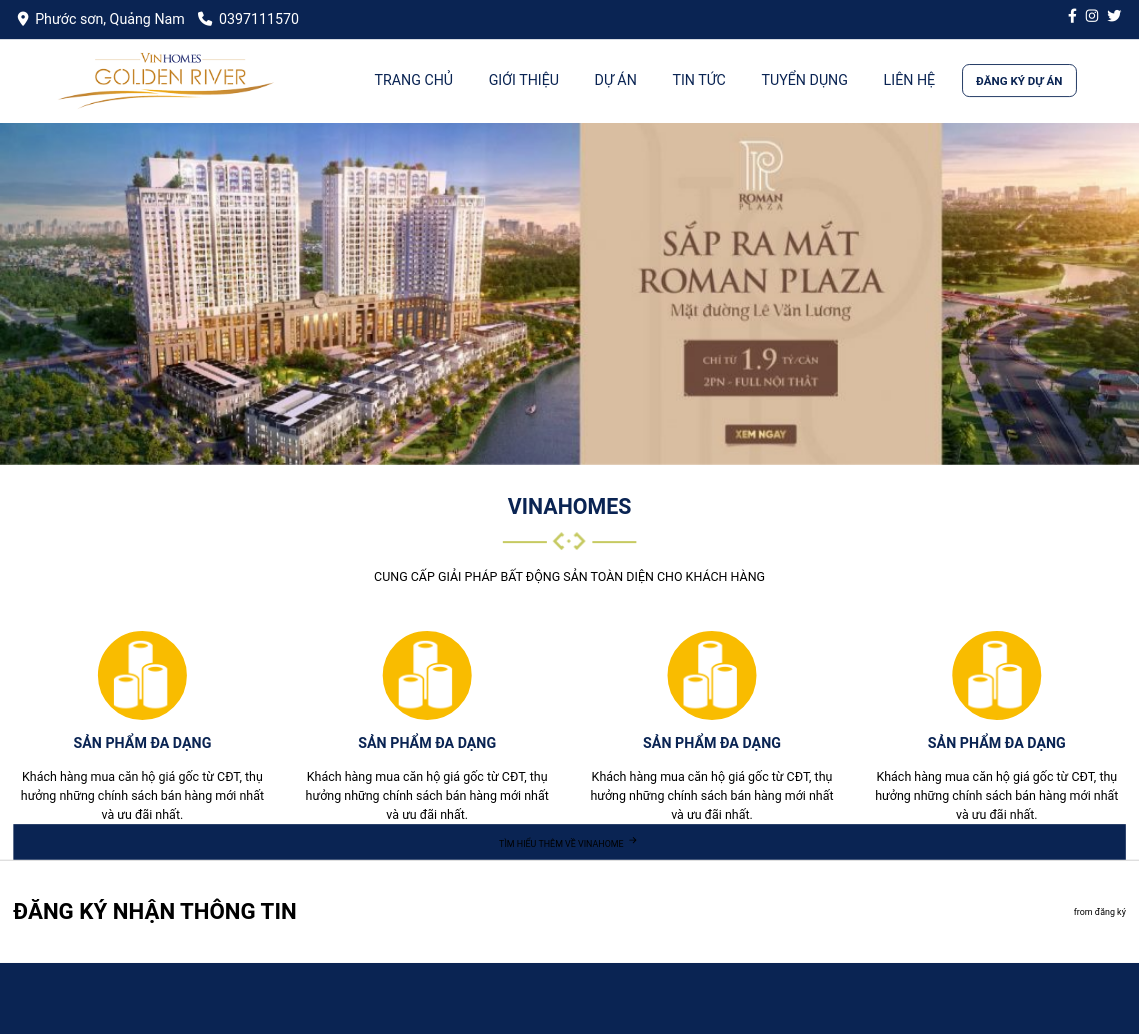
Repository: phamphuc2/fontend-bds
Page: index.html
These files come from the project's save history. The page is drawn as it stood at one moment and after the next save; the edit follows.
The browser window is 1280 px wide. The pictures show the part of the page from y = 0 to 1162 px (the page is 1625 px tall before and 1627 px after), at 89% of full size.
A picture or video elsewhere on the page could not be fetched, so the positions and the page height are approximate. Some web libraries are served in a nearby version.

Above is the page before, as saved 2022-06-08 15:29:28.

### index.html
<!DOCTYPE html>
<html lang="en">

<head>
    <meta charset="UTF-8">
    <meta http-equiv="X-UA-Compatible" content="IE=edge">
    <meta name="viewport" content="width=device-width, initial-scale=1.0">
    <title>BDS</title>
    <!-- linl css -->
    <link rel="stylesheet" href="libs/slick/slick.css">
    <link rel="stylesheet" href="libs/slick/slick-theme.css">
    <link rel="stylesheet" href="./assets/css/bootstrap.css">
    <link rel="stylesheet" href="./assets/css/theme.css">
    <link rel="stylesheet " href="./style.css ">
    <!-- link thư viện -->
    <link rel="stylesheet " href="https://cdnjs.cloudflare.com/ajax/libs/font-awesome/6.1.1/css/all.min.css ">
    <!-- link font -->
    <link rel="preconnect" href="https://fonts.googleapis.com">
    <link rel="preconnect" href="https://fonts.gstatic.com" crossorigin>
    <link href="https://fonts.googleapis.com/css2?family=Roboto+Flex:opsz,wght@8..144,200;8..144,300;8..144,400;8..144,500;8..144,600;8..144,700;8..144,800;8..144,900&display=swap" rel="stylesheet">
</head>

<body>
    <!-- Header -->
    <header class="header">
        <div class="header-top">
            <div class="container">
                <div class="inner">
                    <div class="box-left">
                        <div class="map">
                            <i class="fa-solid fa-location-dot"></i>
                            <span>Phước sơn, Quảng Nam</span>
                        </div>
                        <div class="phone">
                            <i class="fa-solid fa-phone"></i>
                            <span>0397111570</span>
                        </div>
                    </div>
                    <div class="box-right">
                        <ul class="list-info">
                            <li class="item">
                                <a href="">
                                    <i class="fa-brands fa-facebook-f"></i>
                                </a>
                            </li>
                            <li class="item">
                                <a href="">
                                    <i class="fa-brands fa-instagram"></i>
                                </a>
                            </li>
                            <li class="item">
                                <a href="">
                                    <i class="fa-brands fa-twitter"></i>
                                </a>
                            </li>
                        </ul>
                    </div>
                </div>
            </div>
        </div>

        <div class="header-bottom">
            <div class="container">
                <div class="inner">
                    <div class="header-bottom-left">
                        <a href="">
                            <div class="logo">
                                <img src="./assets/images/logo.png" alt="">
                            </div>
                        </a>
                    </div>
                    <div class="header-bottom-right">
                        <ul class="menu">
                            <li>
                                <a href="./index.html">Trang chủ</a>
                            </li>
                            <li>
                                <a href="./about.html">Giới Thiệu</a>
                            </li>
                            <li>
                                <a href="./taxonomy.html">Dự Án</a>
                            </li>
                            <li>
                                <a href="./taxonomy.html">Tin Tức</a>
                            </li>
                            <li>
                                <a href="./blogs.html">Tuyển Dụng</a>
                            </li>
                            <li>
                                <a href="./contact.html">Liên hệ</a>
                            </li>
                        </ul>
                        <div class="btn-project">
                            <a href="">ĐĂNG KÝ DỰ ÁN</a>
                        </div>
                    </div>

                </div>
            </div>
        </div>
    </header>
    <!-- End header -->

    <!-- slide-home -->
    <section class="slide-home">
        <div class="box-slide">
            <div class="box-item">
                <div class="img-wrap">
                    <img src="/assets/images/slide-bg-1.jpg" alt="">
                </div>
                <div class="img-wrap">
                    <img src="./assets/images/slide-bg-2.jpg" alt="">
                </div>
                <div class="img-wrap">
                    <img src="./assets/images/slide-bg-3.jpg" alt="">
                </div>

            </div>
        </div>
        <div class="arrow">
            <a class="arrow-left">
                <i class="fa-solid fa-chevron-left icon-arrow-left"></i>
            </a>
            <a class="arrow-right">
                <i class="fa-solid fa-chevron-right icon-arrow-right"></i>
            </a>
        </div>
    </section>
    <!-- end slide-home -->

    <!-- section vinahome -->
    <section class="vinahome">
        <div class="container">
            <div class="row">
               <div class="col-12">
                    <div class="inner-top">
                        <h2 class="title">VINAHOMES</h2>
                        <div class="is-drive"></div>
                        <p class="desc">CUNG CẤP GIẢI PHÁP BẤT ĐỘNG SẢN TOÀN DIỆN CHO KHÁCH HÀNG</p>
                    </div>
               </div>
               <div class="col-lg-3">
                  <div class="item">
                        <div class="icon">
                            <img src="./assets/images/icon1.png" alt="">
                        </div>
                        <div class="content">
                            <h2 class="title">SẢN PHẨM ĐA DẠNG</h2>
                        <p class="desc">Khách hàng mua căn hộ giá gốc từ CĐT, thụ hưởng những chính sách bán hàng mới nhất và ưu đãi nhất.</p>
                        </div>
                  </div>
               </div>
               <div class="col-lg-3">
                <div class="item">
                      <div class="icon">
                          <img src="./assets/images/icon1.png" alt="">
                      </div>
                      <div class="content">
                          <h2 class="title">SẢN PHẨM ĐA DẠNG</h2>
                      <p class="desc">Khách hàng mua căn hộ giá gốc từ CĐT, thụ hưởng những chính sách bán hàng mới nhất và ưu đãi nhất.</p>
                      </div>
                </div>
             </div>
             <div class="col-lg-3">
                <div class="item">
                      <div class="icon">
                          <img src="./assets/images/icon1.png" alt="">
                      </div>
                      <div class="content">
                          <h2 class="title">SẢN PHẨM ĐA DẠNG</h2>
                      <p class="desc">Khách hàng mua căn hộ giá gốc từ CĐT, thụ hưởng những chính sách bán hàng mới nhất và ưu đãi nhất.</p>
                      </div>
                </div>
             </div>
             <div class="col-lg-3">
                <div class="item">
                      <div class="icon">
                          <img src="./assets/images/icon1.png" alt="">
                      </div>
                      <div class="content">
                          <h2 class="title">SẢN PHẨM ĐA DẠNG</h2>
                      <p class="desc">Khách hàng mua căn hộ giá gốc từ CĐT, thụ hưởng những chính sách bán hàng mới nhất và ưu đãi nhất.</p>
                      </div>
                </div>
             </div>
            <div class="col-12">
                <div class="btn-learn-about">
                    <a href="">TÌM HIỂU THÊM VỀ VINAHOME  <svg xmlns="http://www.w3.org/2000/svg" width="16" height="16" fill="currentColor" class="bi bi-arrow-right-short" viewBox="0 0 16 16">
                        <path fill-rule="evenodd" d="M4 8a.5.5 0 0 1 .5-.5h5.793L8.146 5.354a.5.5 0 1 1 .708-.708l3 3a.5.5 0 0 1 0 .708l-3 3a.5.5 0 0 1-.708-.708L10.293 8.5H4.5A.5.5 0 0 1 4 8z"/>
                      </svg></a>

                </div>
            </div>

            </div>
        </div>
    </section>

    <!-- end section vinahome -->


    <!-- footer -->
    <footer class="footer">
        <div class="footer-top">
            <div class="container">
                <div class="item">
                    <div class="title">ĐĂNG KÝ NHẬN THÔNG TIN</div>
                    <div class="from">
                        from đăng ký
                    </div>
                </div>
            </div>
        </div>
        <div class="footer-main">
            <div class="container">
                <div class="row">
                    <div class="col-md-6 col-lg-3">
                        <div class="footer-info">
                            <span class="title">THÔNG TIN LIÊN HỆ</span>
                            <ul class="box-info">
                                <li class="item">
                                    <i class="fa-solid fa-location-dot icon-footer"></i>
                                    <a href="" class="text">Phước Sơn, Quảng Nam</a>
                                </li>
                                <li class="item">
                                    <i class="fa-solid fa-phone icon-footer"></i>
                                    <a href="" class="text">0397111570</a>
                                </li>
                                <li class="item">
                                    <i class="fa-solid fa-envelope-open-text icon-footer"></i>
                                    <a href="" class="text">mac.convstar@gmail.com</a>
                                </li>
                                <li class="item">
                                    <i class="fa-brands fa-skype icon-footer"></i>
                                    <a href="" class="text">phamphuc</a>
                                </li>
                            </ul>
                        </div>
                    </div>
                    <div class="col-md-6 col-lg-3">
                        <div class="box-link">
                            <span class="title">LIÊN KẾT</span>
                            <ul class="item-link">
                                <li class="item">
                                    <a href="">Giới thiệu</a>
                                </li>
                                <li class="item">
                                    <a href="">Đồng hồ nam</a>
                                </li>
                                <li class="item">
                                    <a href="">Đồng hồ nữ</a>
                                </li>
                                <li class="item">
                                    <a href="">Blogs</a>
                                </li>
                                <li class="item">
                                    <a href="">Liên hệ</a>
                                </li>
                            </ul>
                        </div>
                    </div>
                    <div class="col-md-6 col-lg-3">
                        <div class="box-link">
                            <span class="title">HỖ TRỢ KHÁCH HÀNG</span>
                            <ul class="item-link">
                                <li class="item">
                                    <a href="">Hướng dẫn mua hàng</a>
                                </li>
                                <li class="item">
                                    <a href="">Hướng dẫn thanh toán</a>
                                </li>
                                <li class="item">
                                    <a href="">Chính sách bảo hành</a>
                                </li>
                                <li class="item">
                                    <a href="">Chính sách đổi trả</a>
                                </li>
                                <li class="item">
                                    <a href="">Tư vấn khách hàng</a>
                                </li>
                            </ul>
                        </div>
                    </div>
                    <div class="col-md-6 col-lg-3">
                        <div class="footer-social">
                            <span class="title">PP STORE ON SOCIAL</span>
                            <ul class="box-social">
                                <li class="item-social">
                                    <a href="">
                                        <i class="fa-brands fa-facebook-f icon-social"></i>
                                    </a>
                                </li>
                                <li class="item-social">
                                    <a href="">
                                        <i class="fa-brands fa-instagram icon-social"></i>
                                    </a>
                                </li>
                                <li class="item-social">
                                    <a href="">
                                        <i class="fa-brands fa-twitter icon-social"></i>
                                    </a>
                                </li>
                                <li class="item-social">
                                    <a href="">
                                        <i class="fa-solid fa-rss icon-social"></i>
                                    </a>
                                </li>
                                <li class="item-social">
                                    <a href="">
                                        <i class="fa-brands fa-linkedin-in icon-social"></i>
                                    </a>
                                </li>
                            </ul>
                            <span class="title">CHỨNG NHẬN PP STORE</span>
                            <div class="footer-vn_registered">
                                <img src="./assets/images/chungnhan.png" alt="">
                            </div>
                        </div>
                    </div>
                </div>
            </div>
        </div>
        <div class="footer-bottom">
            <div class="container">
                <div class="copy-right">© Bản quyền thuộc về . Thiết kế website PP Store </div>
            </div>
        </div>
    </footer>
    <!-- footer -->








    <script src="./assets/js/jquery.min.js"></script>
    <script src="libs/slick/slick.min.js"></script>
    <script src="./assets/js/theme.js"></script>
</body>

</html>

### assets/css/theme.css
:root {
    --background-header: #0A2453;
    --white-color: #ffffff;
    --yellow-copper: #f9bc00;
    --yellow-copper-hove: #ae8264;
    --red-color: #C85652;
}


/* header */

.header .header-top {
    background-color: var(--background-header);
    padding: 10px 0;
}

.header .header-top .inner {
    display: flex;
    justify-content: space-between;
}

.header .header-top .inner .box-left {
    display: flex;
    align-items: center;
}

.header .header-top .inner .box-left .fa-solid {
    font-size: 1.6rem;
    color: var(--white-color);
    margin: 0 5px;
}

.header .header-top .inner .box-left .map span,
.header .header-top .inner .box-left .phone span {
    font-size: 1.6rem;
    color: var(--white-color);
}

.header .header-top .inner .box-left .phone {
    margin: 0 10px;
}

.header .header-top .inner .box-right .list-info {
    display: flex;
    align-items: center;
}

.header .header-top .inner .box-right .list-info .fa-brands {
    font-size: 1.6rem;
    color: var(--white-color);
    margin: 0 5px;
}


.header .header-bottom {
    padding: 10px 0;
}

.header .header-bottom .inner{
    display: flex;
    align-items: center;
    justify-content: space-around;
}

.header .header-bottom .inner .header-bottom-left .logo{
    max-width: 250px;
}

.header .header-bottom .inner .header-bottom-right{
    display: flex;
    align-items: center;
}

.header .header-bottom .inner .header-bottom-right .menu {
    display: flex;
    justify-content: center;
}

.header .header-bottom .inner .header-bottom-right .menu li {
    margin: 0 20px;
}

.header .header-bottom .inner .header-bottom-right .menu li a {
    font-size: 1.6rem;
    text-transform: uppercase;
    color: var(--background-header);
}

.header .header-bottom .inner .header-bottom-right .menu li:hover a {
    color: var(--yellow-copper);
    border-bottom: solid 1px var(--yellow-copper);
    margin-bottom: 2px;
}

.header .header-bottom .inner .header-bottom-right .btn-project a{
    font-size: 1.3rem;
    padding: 10px 15px;
    color: var(--background-header);
    text-transform: uppercase;
    font-weight: 700;
    border: 1px solid var(--background-header);
    border-radius: 8px;
    margin: 0 10px;
}

.header .header-bottom .inner .header-bottom-right .btn-project a:hover{
    color: var(--white-color);
    background: var(--background-header);
}


/* End header */


/* Slide-home */

.slide-home .box-slide .box-item .img-wrap {
    padding-top: 6% !important;
}

.slide-home .box-slide .box-item .img-wrap img {
    z-index: 1;
}

.slide-home .box-slide .box-item .img-wrap .item-content .btn-slide {
    padding: 15px 20px;
    color: var(--white-color);
    font-size: 2rem;
    text-transform: uppercase;
    font-weight: 700;
    border: 1px solid var(--white-color);
    border-radius: 8px;
}

.slide-home .box-slide .box-item .img-wrap .item-content .btn-slide:hover {
    background-color: var(--yellow-copper);
}

.arrow .arrow-left {
    position: absolute;
    z-index: 1;
    top: 50%;
    border-radius: 50%;
    left: 2%;
    border: 1px solid var(--white-color);
    width: 35px;
    height: 35px;
    color: #fff;
    transform: translateX(20%);
    display: none !important;
    transition: 2s;
}

.arrow .arrow-left:hover {
    background: var(--yellow-copper);
}

.arrow .arrow-left .icon-arrow-left {
    margin: 7px 10px;
    font-size: 20px;
}

.arrow .arrow-right {
    position: absolute;
    z-index: 1;
    top: 50%;
    border-radius: 50%;
    right: 2%;
    border: 1px solid var(--white-color);
    width: 35px;
    height: 35px;
    color: #fff;
    transform: translateX(20%);
    display: none !important;
    transition: 2s;
}

.arrow .arrow-right:hover {
    background: var(--yellow-copper);
}

.arrow .arrow-right .icon-arrow-right {
    margin: 7px 10px;
    font-size: 20px;
}

.slide-home:hover .arrow .arrow-left,
.slide-home:hover .arrow .arrow-right {
    display: block !important;
    transform: translateX(0%);
    transition: 2s;
}


/* End slide-home */


/* section vinahome */

.vinahome .inner-top{
    margin: 0 auto;
    padding-bottom: 30px;
}

.vinahome .inner-top .title{
    color: var(--background-header);
    font-weight: 700;
    text-align: center;
    font-size: 2.4rem;
    margin-bottom: 10px;
}

.vinahome .inner-top .is-drive{
    background-image: url(../images/line.png);
    background-size: cover;
    background-position: center;
    background-repeat: no-repeat;
    width: 150px;
    height: 20px;
    margin: 0 auto;
}

.vinahome .inner-top .desc{
    font-size: 14px;
    margin: 20px 0;
    text-align: center;
}

.vinahome .item .icon{
    background: var(--yellow-copper);
    width: 100px;
    height: 100px;
    border: 2px solid var(--yellow-copper);
    border-radius: 50%;
    position: relative;
    margin: 0 auto;
}

.vinahome .item .icon img {
    position: absolute;
    width: 60px;
    height: 76px;
    left: 17%;
    bottom: 12%;
}

.vinahome .item .content {
    text-align: center;
}

.vinahome .item .content .title{
    color: var(--background-header);
    font-size: 1.6rem;
    margin: 15px 0;
}

.vinahome .item .content .desc{
    font-size: 1.4rem;
}

.vinahome .btn-learn-about {
    display: flex;
    justify-content: center;
    background: var(--background-header);
}

.vinahome .btn-learn-about a{
    padding: 10px 20px;

}



/* end section vinahome */


/* footer */

.footer .footer-top {
    border-top: 1px solid #ccc;
    padding: 3% 0;
}

.footer .footer-top .item {
    display: flex;
    justify-content: space-between;
    align-items: center;
}

.footer .footer-top .title {
    font-size: 2.5rem;
    font-weight: 700;
    text-transform: uppercase;
}

.footer .footer-main {
    padding: 100px 0;
    background-color: var(--background-header);
}

.footer .footer-main .footer-info .title,
.footer .footer-main .box-link .title,
.footer .footer-main .footer-social .title {
    font-size: 2rem;
    text-transform: uppercase;
    color: var(--white-color);
    margin-bottom: 20px;
    display: block;
}

.footer .footer-main .footer-info .box-info {
    margin: 30px 0;
}

.footer .footer-main .footer-info .item {
    display: flex;
    align-items: center;
    margin: 10px 0;
}

.footer .footer-main .footer-info .item .icon-footer {
    color: var(--white-color);
    font-size: 1.4rem;
    margin: 0 10px;
}

.footer .footer-main .footer-info .item .text {
    color: var(--white-color);
    font-size: 1.4rem;
}

.footer .footer-main .footer-social .box-social {
    display: flex;
    margin-bottom: 30px;
}

.footer .footer-main .footer-social .item-social {
    border: 1px solid var(--white-color);
    width: 40px;
    height: 35px;
    padding: 10px;
    margin: 0 5px;
    color: var(--white-color);
}

.footer .footer-main .footer-social .footer-vn_registered img {
    max-width: 150px;
}

.footer .footer-main .footer-social .item-social:hover {
    background: var(--yellow-copper);
}

.footer .footer-main .footer-social .item-social .icon-social {
    font-size: 15px;
    margin: 0 4px;
    color: var(--white-color);
}

.footer .footer-main .item-link .item {
    margin: 10px 0;
}

.footer .footer-main .item-link .item a {
    color: var(--white-color);
    font-size: 1.4rem;
}

.footer .footer-main .item-link .item a:hover {
    color: var(--yellow-copper);
}

.footer .footer-bottom {
    background-color: var(--background-header);
    border-top: 1px solid #ccc;
    padding: 20px 0;
}

.footer .footer-bottom .copy-right {
    font-size: 1.4rem;
    color: var(--white-color);
    text-align: center;
}


/* End footer */

Loaded but not shown: libs/slick/slick.css (common file); libs/slick/slick-theme.css (library); assets/css/bootstrap.css (library); assets/js/jquery.min.js (library); libs/slick/slick.min.js (library); assets/js/theme.js (88 lines, source omitted); style.css (178 lines, source omitted)

After the next save:
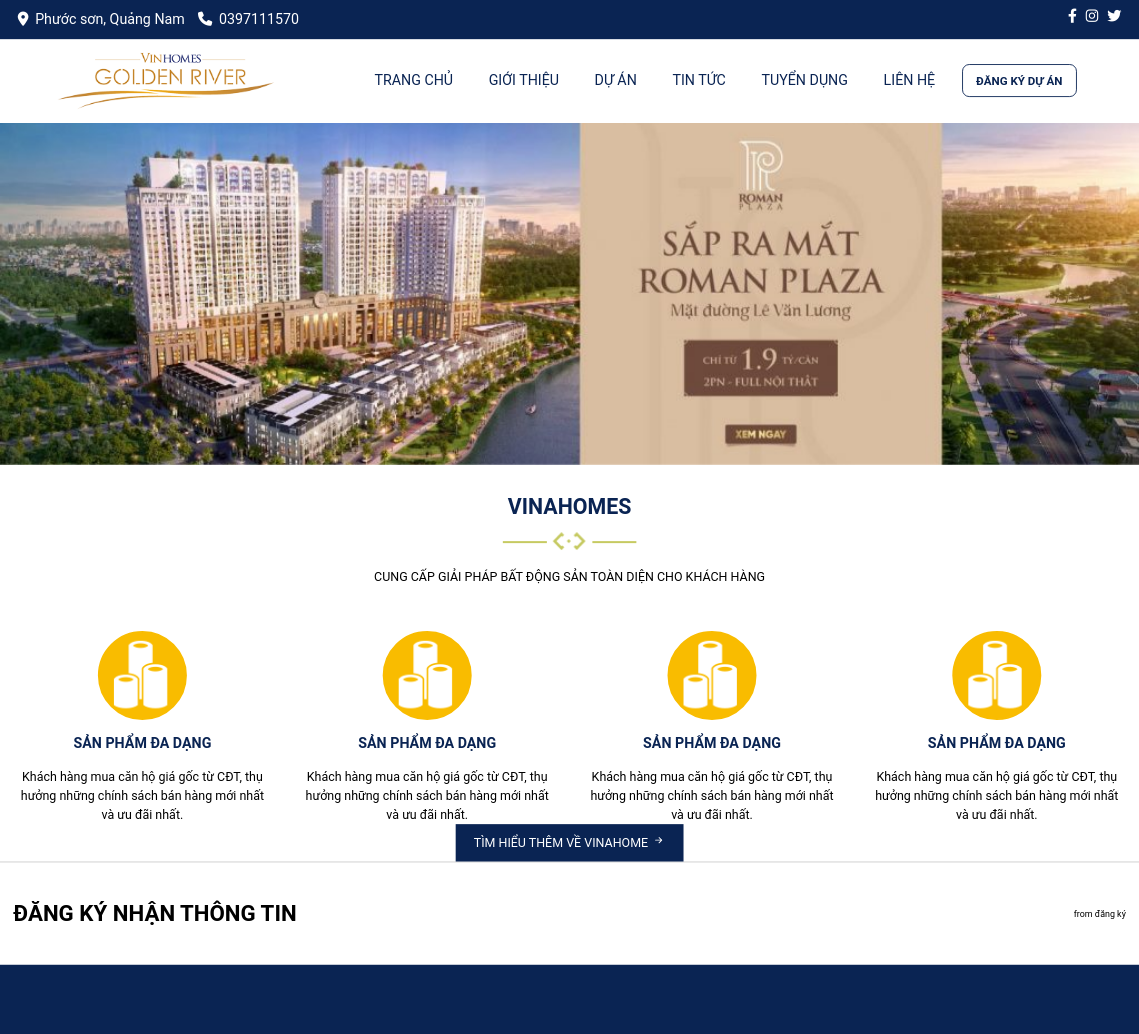
Saved 39 s later.
--- a/assets/css/theme.css
+++ b/assets/css/theme.css
@@ -261,12 +261,15 @@
 .vinahome .btn-learn-about {
     display: flex;
     justify-content: center;
-    background: var(--background-header);
+
 }
 
 .vinahome .btn-learn-about a{
     padding: 10px 20px;
-
+   background: var(--background-header);
+   color: var(--white-color);
+   font-size: 14px;
+   font-family: 700;
 }
 
 
